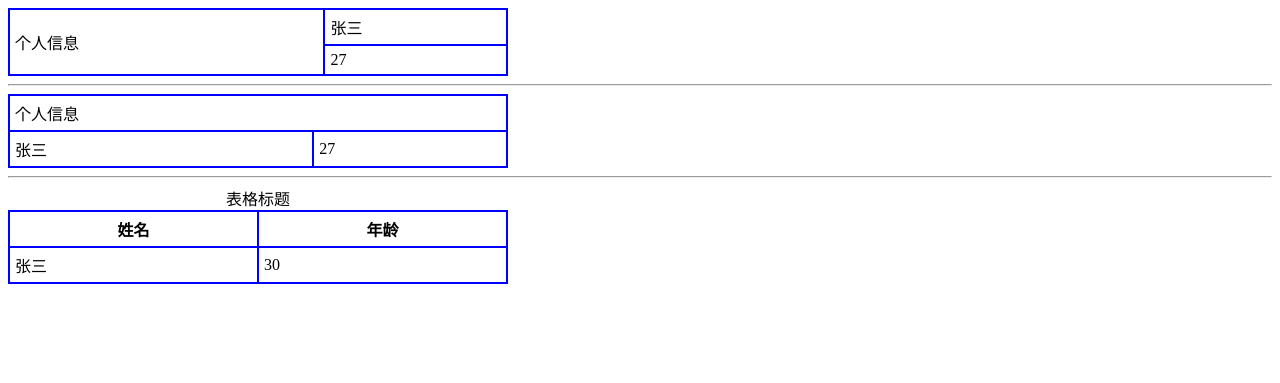
Repository: tangchengjingwen/javaLearningCode
Page: javaLearningCode/day29_html/table.html
An editor plug-in stored every save of this project. The page is shown before and after the next save, followed by the edit.
The browser window is 1280 px wide. The pictures show the whole page.

Above is the page before, as saved 2012-05-13 06:35:57.

After the next save:
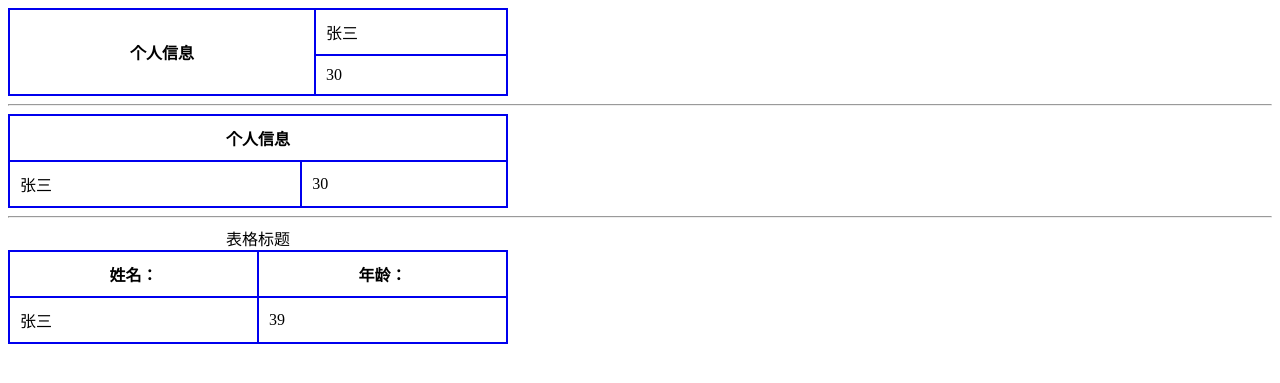
Saved 6 min 4 s later.
--- a/javaLearningCode/day29_html/table.html
+++ b/javaLearningCode/day29_html/table.html
@@ -6,38 +6,40 @@
 	</head>
 	<body>
 
-		<table border="1" bordercolor="blue" cellpadding="5" cellspacing="0" width="500">
-
+		<table border=1 bordercolor="#0000EE" cellpadding=10 cellspacing=0 width=500>
+			<tbody><!--表格的下一级标签是tbody，不定义也存在-->
 			<tr>
-				<td rowspan="2">个人信息</td>
+				<th rowspan=2>个人信息</th>
 				<td>张三</td>
 			</tr>
 			<tr>
-				<td>27</td>
+				<td>30</td>
 			</tr>
+			</tbody>
 		</table>
-		<HR/>
 
-		<table border="1" bordercolor="blue" cellpadding="5" cellspacing="0" width="500">
+
+		<hr/>
+
+		<table border=1 bordercolor="#0000EE" cellpadding=10 cellspacing=0 width=500>
 			<tr>
-				<td colspan="2">个人信息</td>
-			</tr>
-			<tr>
-				<td>张三</td>
-				<td>27</td>
-			</tr>
-		</table>
-		<HR/>
-
-		<table border="1" bordercolor="blue" cellpadding="5" cellspacing="0" width="500" >
-			<caption>表格标题</caption>
-			<tr>
-				<th>姓名</th>
-				<th>年龄</th>
+				<th colspan=2>个人信息</th>
 			</tr>
 			<tr>
 				<td>张三</td>
 				<td>30</td>
+			</tr>
+		</table>
+		<hr/>
+		<table border=1 bordercolor="#0000EE" cellpadding=10 cellspacing=0 width=500>
+			<caption>表格标题</caption>
+			<tr>
+				<th>姓名：</th>
+				<th>年龄：</th>
+			</tr>
+			<tr>
+				<td>张三</td>
+				<td>39</td>
 			</tr>
 		</table>
 
